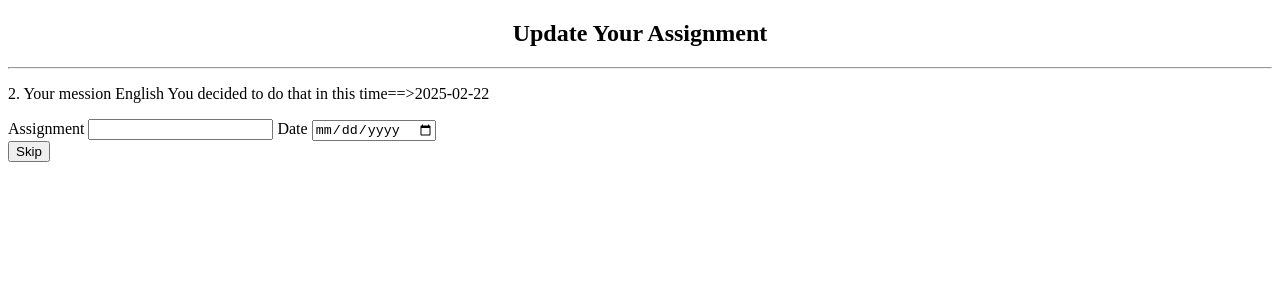
Repository: marawan200311-dev/To-Do-List-
Page: http://localhost/update_page
These files come from the project's save history. The page is drawn as it stood at one moment and after the next save; the edit follows.
The browser window is 1280 px wide. The pictures show the whole page.
The page is served by the project's application, run on Flask 3 (app.py). The page reads the database file committed with the project.

Above is the page before, as saved 2025-11-22 04:06:44.
Console error: TypeError: Cannot read properties of null (reading 'addEventListener')

### templates/update.html
{%extends 'base.html'%}
{%block head%}
<title>update page</title>
{%endblock%}
{%block body%}
<h2 class="logo_of_update">Update Your Assignment</h2>
<hr>
<div>
  {% if data %}
    {% for item in data %}
        <p>{{ item }}</p>
    {% endfor %}
{% else %}
    <p>You haven't added anything yet to updata :)!</p>
{% endif %}
</div>
<form action="/update_new_assignment" method="POST">
    <input type="hidden" name="id" value="{{id}}">
    <label for="assignment">Assignment</label>
    <input type="text" name="assignment" value="{{assignment}}" id="assignment">
    <label for="date">Date</label>
    <input type="date" name="date" value="{{date}}">

</form>
<button class="Skip_update">Skip</button>
{%endblock%}

### templates/base.html
<!DOCTYPE html>
<html lang="en">
  <head>
    <meta charset="UTF-8">
    <meta name="viewport" content="width=device-width, initial-scale=1.0">
    <link
      rel="stylesheet"
      href="{{url_for('static', filename='css/style.css')}}"
    />

    {%block head %}{%endblock%}
  </head>
  <body>
    {%block body %} {%endblock%}
    <script src="{{url_for('static',filename='js/main.js')}}"></script>
  </body>
</html>

### app.py
from flask import Flask, render_template ,url_for,request,redirect
import sqlite3
import os
db_py=os.path.join(os.path.dirname(__file__),'instance', 'data.db')
from instance.databas import initialise_data, add_data, show_up,delete,update




app= Flask(__name__)
@app.route('/')
def index():
  return render_template('index.html')
#_____________ADD_______________
@app.route('/add_page')
def add_page():
    return render_template('add.html')

@app.route('/add_assignment' ,methods=['POST'])
def assignment ():
   assignment=request.form['assignment']
   date= request.form['date']
   add_data(assignment,date)
   return render_template('add.html')

@app.route('/skip')
def skip ():
   return redirect('/')
#__________________________________

#_____________DELETE______________
@app.route('/delete_page')
def delete_page():
    data=show_up()
    return render_template('delete.html', schedule=data)

@app.route("/delet_form" , methods=['POST'])
def delete_mission():
    id_of_mission=int(request.form['number'])
    delete(id_of_mission)
    data=show_up()
    return render_template('delete.html',schedule=data)

@app.route('/skip_delete')
def skip_delete():
   return redirect('/')

#___________________________________________

#__________UPDATE_____________________
@app.route('/update_page')
def update_index():
    data=show_up()
    return render_template('update.html',data=show_up())
@app.route('/update_new_assignment' , methods=['POST'])
def update_data():
    id  = request.form['id']
    new_assignment = request.form.get('assignment')
    new_date =  request.form.get('date')
    update(id,new_assignment,new_date)
    return render_template('updat.html')
@app.route('/skip_update')
def skip_button():
    return redirect('/')
#__________________________________________

#________SHOW_________________
@app.route('/show_page')
def show_page():
    data=show_up()
    return render_template('show.html', schedule=data)
@app.route('/skip_show')
def skip_show():
    return redirect('/')


if __name__=="__main__":
      app.run(debug=True)

### instance/databas.py
import sqlite3
import os

def initialise_data():
  connect = sqlite3.connect('data.db')
  cursor= connect.cursor()

  cursor.execute('''
  CREATE TABLE IF NOT EXISTS user_assignment( id INTEGER PRIMARY KEY AUTOINCREMENT,
  assignment TEXT NOT NULL ,
date TEXT )
''')





def add_data(assignment,date):
   connect = sqlite3.connect('data.db')
   cursor= connect.cursor()
   cursor.execute('INSERT INTO user_assignment (assignment,date) VALUES(?,?)', (assignment,date))
   connect.commit()
   connect.close()

def show_up():
  connect = sqlite3.connect('data.db')
  cursor= connect.cursor()

  cursor.execute('SELECT * FROM user_assignment')
  all_date = cursor.fetchall()

  schedule=[]
  for data in all_date:
    schedule.append(f'{data[0]}. Your mession {data[1]} You decided to do that in this time==>{data[2]}')
  if len(schedule)==0 :
    print('The user does not add anything :)')
  return schedule


def delete (assignmentNumber):
  connect = sqlite3.connect('data.db')
  cursor= connect.cursor()

  cursor.execute('SELECT * FROM user_assignment WHERE id=?', (assignmentNumber,))
  row= cursor.fetchone()
  if row is None:
   return f"This {row} doesn't valid "
  cursor.execute('DELETE FROM user_assignment WHERE id = ? ', (assignmentNumber,))
  connect.commit()
  connect.close()
  return True

def update(id,assignment,date):
  connect = sqlite3.connect('data.db')
  cursor= connect.cursor()
  cursor.execute('''UPDATE user_assignment SET assignment=?, date=?, WHERE id=?''',(id,assignment,date))
  connect.commit()
  connect.close()













initialise_data()

### static/css/style.css
.h1{
  text-align: center;
  border-bottom: 2px solid black;
}

#text_add {
   display: inline;
}
#text_update{
  display: inline;
}

#text_show{
  display: inline;
}
#text_delete{
  display: inline;
}
.Show{
  text-align: center;

}
.Delete_logo{
  text-align: center;
}
.logo_of_update{
  text-align: center;
}

### static/js/main.js
document.addEventListener('DOMContentLoaded', () => {
    const skipButton = document.querySelector('.Skip');
    if(skipButton){
        skipButton.addEventListener('click', () => {
            window.location = '/skip';
        });
    }
});

const skip_showButton=document.querySelector('.Skip_Show');
if(skip_showButton){
    skip_showButton.addEventListener('click',()=>{
        window.location ='/skip_show';
    });
}

const skip_deleteButton=document.querySelector('.Skip_delete')
if(skip_deleteButton){
    skip_deleteButton.addEventListener('click',()=>{
        window.location ='/skip_delete'
    });
}


const addButton = document.querySelector('.Add');


addButton.addEventListener('click', () => {

    window.open('/add_page', '_blank');
});



addButton.addEventListener('click', () => {

    window.open('/add_page', '_blank');
});



const deletButton= document.querySelector('.Delete');

deletButton.addEventListener('click' , () => {
window.open('/delete_page','_blank')
});





const ubdateButton = document.querySelector('.Update')
ubdateButton.addEventListener('click', ()=> {
window.open('/update_page','_blank')

});








const showButton = document.querySelector('.Show')
showButton.addEventListener('click',()=>{
window.open('/show_page','_blank')
});

### data.db (the tables this page reads, as SQL)
CREATE TABLE user_assignment( id INTEGER PRIMARY KEY AUTOINCREMENT,
  assignment TEXT NOT NULL ,
date TEXT );
INSERT INTO "user_assignment" VALUES
(2, 'English', '2025-02-22');

After the next save:
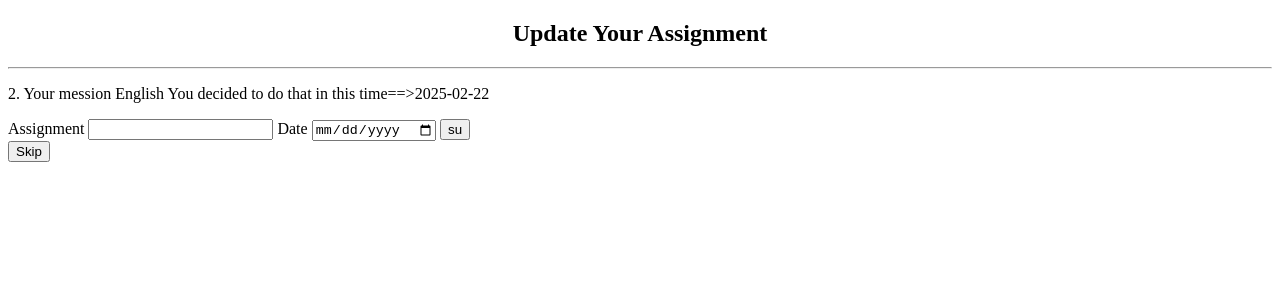
Saved 37 s later.
--- a/templates/update.html
+++ b/templates/update.html
@@ -20,7 +20,7 @@
     <input type="text" name="assignment" value="{{assignment}}" id="assignment">
     <label for="date">Date</label>
     <input type="date" name="date" value="{{date}}">
-
+     <button>su</button>
 </form>
 <button class="Skip_update">Skip</button>
 {%endblock%}
